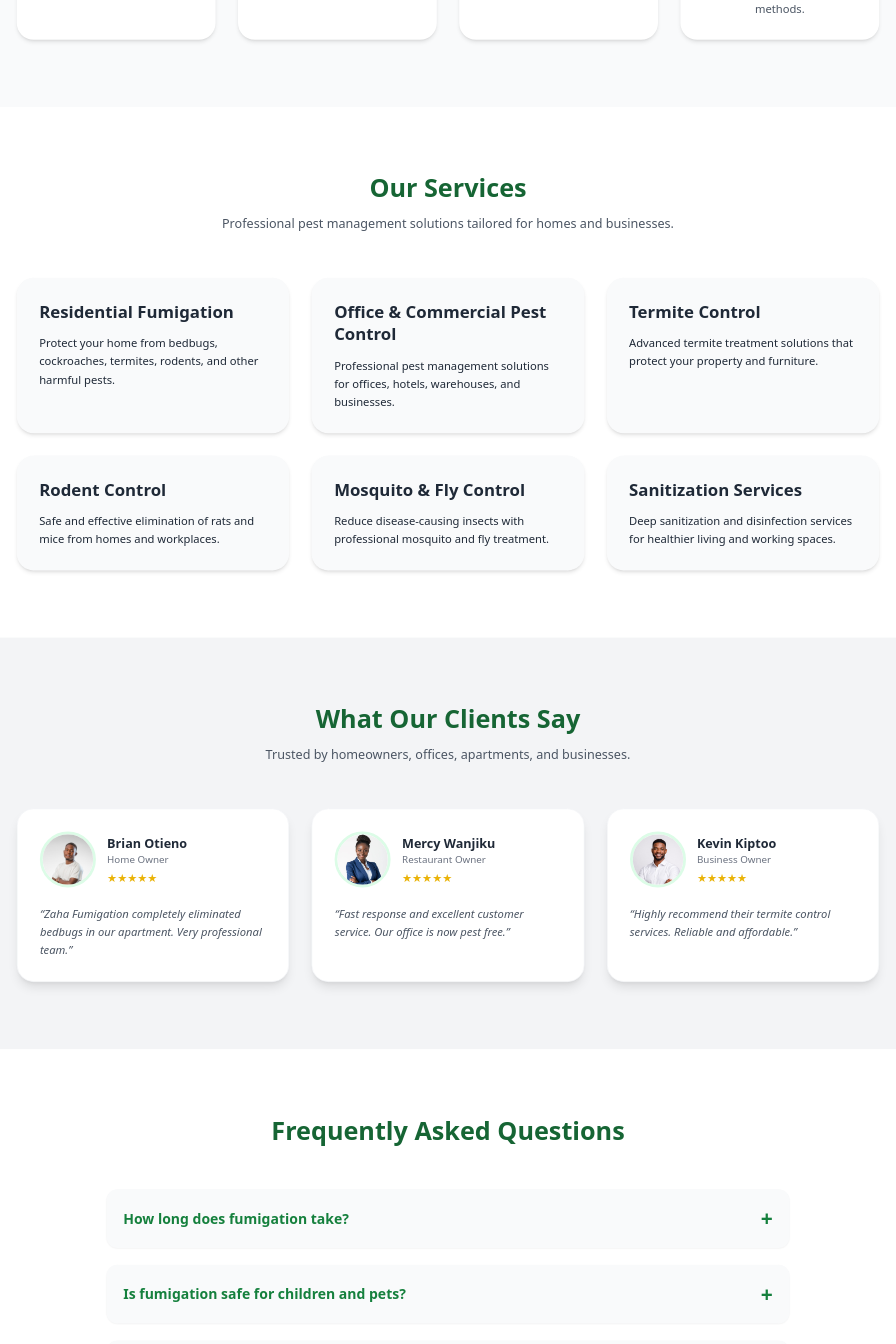
Repository: Engineer-collo/Zaha-fumigation
Page: /
These files come from the project's save history. The page is drawn as it stood at one moment and after the next save; the edit follows.
The browser window is 1280 px wide. The pictures show the part of the page from y = 1757 to 3677 px (the page is 5168 px tall before and 5446 px after), at 70% of full size.
The project was rebuilt for these pictures with package versions that can differ from the ones it lists, and the page was loaded fresh each time. Also part of the build but not shown: vite.config.js.

Above is the page before, as saved 2026-05-14 08:27:14.

After the next save:
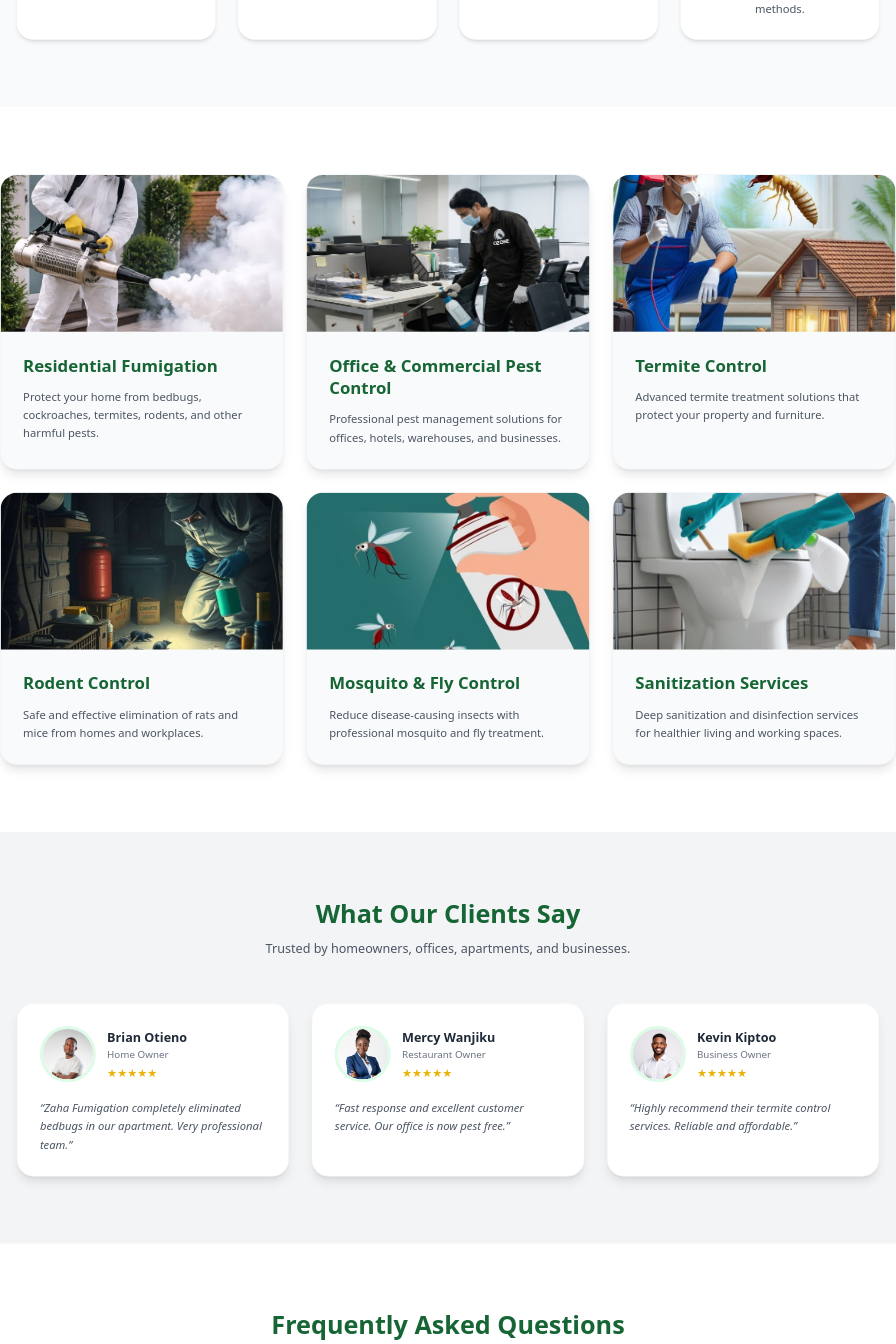
Saved 80 s later.
--- a/src/App.jsx
+++ b/src/App.jsx
@@ -346,30 +346,30 @@ export default function ZahaFumigationWebsite() {
 
       {/* Services */}
       <section id="services" className="py-24 bg-white">
-        <div className="max-w-7xl mx-auto px-6">
-          <div className="text-center mb-16">
-            <h2 className="text-4xl font-bold text-green-800 mb-4">
-              Our Services
-            </h2>
-
-            <p className="text-gray-600 text-lg max-w-2xl mx-auto">
-              Professional pest management solutions tailored for homes and businesses.
-            </p>
-          </div>
-
-          <div className="grid md:grid-cols-3 gap-8">
-            {services.map((service, index) => (
-              <div
-                key={index}
-                className="bg-gray-50 hover:bg-green-700 hover:text-white transition duration-300 rounded-3xl p-8 shadow-md"
-              >
-                <h3 className="text-2xl font-bold mb-4">{service.title}</h3>
-                <p className="leading-relaxed">{service.description}</p>
-              </div>
-            ))}
-          </div>
-        </div>
-      </section>
+      <div className="grid md:grid-cols-3 gap-8">
+  {services.map((service, index) => (
+    <div
+      key={index}
+      className="bg-gray-50 overflow-hidden hover:-translate-y-2 transition duration-300 rounded-3xl shadow-lg border border-gray-100"
+    >
+      <img
+        src={service.image}
+        alt={service.title}
+        className="w-full h-56 object-cover"
+      />
+
+      <div className="p-8">
+        <h3 className="text-2xl font-bold mb-4 text-green-800">
+          {service.title}
+        </h3>
+
+        <p className="leading-relaxed text-gray-600">
+          {service.description}
+        </p>
+      </div>
+    </div>
+  ))}
+</div>      </section>
 
 {/* Testimonials */}
 <section id="testimonials" className="py-24 bg-gray-100">
